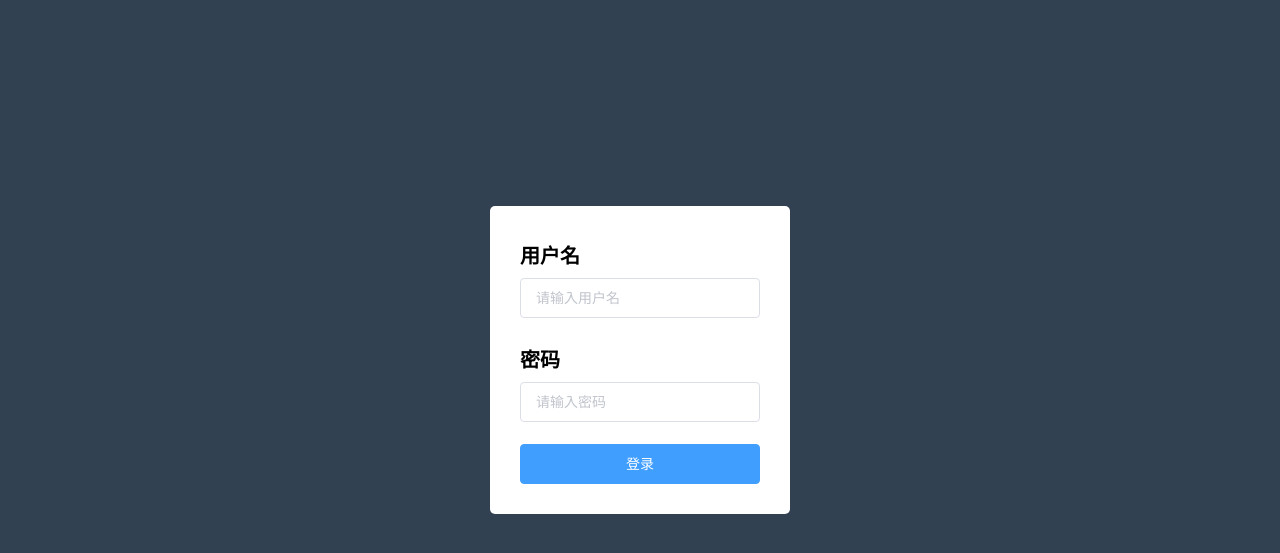
Repository: coWhy/blog-admin
Page: /#/login
The author's editor kept a copy of each file at every save. The page is drawn from the files as they stood at one save, then again after the next save.
The browser window is 1280 px wide. The pictures show the whole page.
The page's requests for data from a server got no answer. The project was rebuilt for these pictures with package versions that can differ from the ones it lists, and the page was loaded fresh each time. No one was signed in, and anything a server would have sent is missing. Also part of the build but not shown: vue.config.js.

Above is the page before, as saved 2020-04-27 04:01:58.

### public/index.html
<!DOCTYPE html>
<html lang="en">
  <head>
    <meta charset="utf-8">
    <meta http-equiv="X-UA-Compatible" content="IE=edge">
    <meta name="viewport" content="width=device-width,initial-scale=1.0">
    <link rel="icon" href="<%= BASE_URL %>favicon.ico">
    <title><%= htmlWebpackPlugin.options.title %></title>
    <script type="text/javascript" src="./live2dw/lib/L2Dwidget.min.js"></script>
  </head>
  <body>
    <noscript>
      <strong>We're sorry but <%= htmlWebpackPlugin.options.title %> doesn't work properly without JavaScript enabled. Please enable it to continue.</strong>
    </noscript>
    <div id="app"></div>
    <!-- built files will be auto injected -->
  </body>
</html>

### src/main.js
import Vue from 'vue'
import App from './App.vue'
import router from './router'
import store from './store'
// 全局配置样式
import '@/assets/scss/reset.scss'
// 引入icon库
import '@/assets/font-awesome-4.7.0/css/font-awesome.css'
Vue.config.productionTip = false
// 第三方包
import ElementUI from 'element-ui'
import 'element-ui/lib/theme-chalk/index.css'
// 自定义注册全局插件
import http from '@/utils/http' // 自定义全局axios
Vue.use(ElementUI)
Vue.use(http)

new Vue({
  router,
  store,
  render: h => h(App)
}).$mount('#app')

### src/router/index.js
import Vue from 'vue'
import VueRouter from 'vue-router'
//当我们重复点击路由导航菜单的时候控制台会报错，错误的缘由是因为 vue-router 版本太新 解决办法
const originalPush = VueRouter.prototype.push
VueRouter.prototype.push = function push(location) {
  return originalPush.call(this, location).catch(err => err)
}
Vue.use(VueRouter)

const routes = [
  {
    path: '/login',
    name: 'login',
    component: () => import('@/views/login/index')
  },
  {
    path: '/',
    component: () => import('@/views/layout'),
    children: [
      {
        path: '/home',
        name: 'home',
        component: () => import('@/views/home')
      },
      {
        path: '/user',
        name: 'user',
        component: () => import('@/views/user')
      },
      {
        path: '/type',
        name: 'type',
        component: () => import('@/views/type')
      }
    ]
  }
]

const router = new VueRouter({
  routes
})

export default router

### src/store/index.js
import Vue from 'vue'
import Vuex from 'vuex'
import tag from './modules/tag'
import user from './modules/user'
Vue.use(Vuex)

export default new Vuex.Store({
  state: {},
  mutations: {},
  actions: {},
  modules: {
    tag,
    user
  }
})

### src/utils/http.js
// 自定义开发插件
import axios from 'axios'
import { getAccessToken } from '@/utils/auth'
import { MessageBox, Message } from 'element-ui'
const MyHttpServer = {}

MyHttpServer.install = Vue => {
  // 基准地址
  axios.defaults.baseURL = process.env.VUE_APP_BASE_API
  axios.defaults.timeout = 3000
  // 添加请求拦截器 token拦截
  axios.interceptors.request.use(
    config => {
      // 从cookie中拿出登录时候存放的访问token
      const accessToken = getAccessToken()
      if (accessToken) {
        config.headers['Authorization'] = accessToken
      }
      return config
    },
    error => {
      return Promise.reject(error)
    }
  )
  // 响应拦截
  axios.interceptors.response.use(
    response => {
      //  此处对不同状态码 进行不同的操作 比如404 跳转页面等
      const res = response.data
      // 假如访问不成功 就返回错误信息给前端 后端访问成功码为 0
      if (res.code && res.code !== 0) {
        Message({
          message: res.msg || '访问错误',
          type: 'error',
          duration: 5 * 1000
        })
      }

      return res
    },
    error => {
      return Promise.reject(error)
    }
  )
  Vue.prototype.$http = axios
}
export default MyHttpServer

### src/assets/scss/_variable.scss
// 全局配置样式 修改主题颜色
$theme-color: #33aef0;

// header部分
$header-bg-color:#626e85  // 头部背景色

### src/views/login/index.vue
<template>
  <div class="login-wrap">
    <el-form
      :model="form"
      class="login-form"
      label-position="top"
      label-width="80px"
    >
      <el-form-item>
        <span class="label">用户名</span>
        <el-input v-model="form.username" placeholder="请输入用户名"></el-input>
      </el-form-item>
      <el-form-item>
        <span class="label">密码</span>
        <el-input
          v-model="form.password"
          placeholder="请输入密码"
          type="password"
          show-password
        ></el-input>
      </el-form-item>
      <el-button type="primary" class="login-btn" @click="login">
        登录
      </el-button>
    </el-form>
  </div>
</template>

<script>
export default {
  data() {
    return {
      form: {
        username: '',
        password: ''
      }
    }
  },
  methods: {
    async login() {
      let res = await this.$http.post('/user/login', this.form)
      console.log(res)
    }
  },
  created() {}
}
</script>

<style lang="scss" scoped>
.login-wrap {
  height: 100%;
  background-color: #324152;
  display: flex;
  /* 弹性布局 */
  justify-content: center;
  align-items: center;
}
.login-wrap .login-form {
  background-color: #fff;
  width: 300px;
  padding: 30px;
  /* 圆角 */
  border-radius: 5px;
}
.login-wrap .login-form .login-btn {
  width: 100%;
}
.label {
  font-size: 20px;
  font-weight: bolder;
}
</style>

### src/store/modules/tag.js
export default {
  state: {
    isCollapse: false, // 是否折叠菜单 默认展开
    menuList: [], // 菜单列表
    curMenu: null, // 点击选中的菜单
    tagList: [
      // 首页是不可关闭的
      {
        path: '/',
        name: 'home',
        title: '首页',
        icon: 'el-icon-s-home'
      }
    ] // 存放tags 点击后 就存到里面去
  },
  mutations: {
    /**
     * 将选中的menu赋值 给curMenu
     * @param {*} state
     * @param {*} selectedMenu 点击选中的菜单
     */
    getSelectedMenu(state, selectedMenu) {
      if (selectedMenu.name !== 'home') {
        state.curMenu = selectedMenu
        let result = state.tagList.findIndex(
          item => item.name === selectedMenu.name
        )
        if (result === -1) {
          // 没找到这个tag 就放进tagList
          state.tagList.push(selectedMenu)
        }
      } else {
        state.curMenu = null
      }
    },
    /**
     * 关闭已经打开的菜单
     * @param {*} state
     * @param {*} selectedTag 打开的菜单
     */
    closeSelectedTag(state, selectedTag) {
      let result = state.tagList.findIndex(
        item => item.name === selectedTag.name
      )
      state.tagList.splice(result, 1)
    },
    // 关闭 或 展开左侧菜单栏
    collapseAsideMenu(state) {
      state.isCollapse = !state.isCollapse
    }
  },
  actions: {}
}

### src/store/modules/user.js
import cookie from 'js-cookie'
export default {
  state: {
    accessToken: '', // 访问token
    refreshToken: '', // 刷新token
    username: '', // 用户名
    avatar: '' // 头像
  },
  mutations: {
    // 保存accessToken使用
    setAccessToken(state, accessToken) {
      state.accessToken = accessToken
      cookie.set('accessToken', accessToken)
    },
    getAccessToken(state) {
      state.accessToken = cookie.get('accessToken')
    },
    // 保存 refreshToken
    setRefreshToken(state, refreshToken) {
      state.refreshToken = refreshToken
      cookie.set('refreshToken', refreshToken)
    },
    getRefreshToken(state) {
      state.refreshToken = cookie.get('refreshToken')
    },
    // 保存用户名
    setUsername(state, username) {
      state.username = username
      cookie.set('username', username)
    },
    getUsername(state) {
      state.username = cookie.get('username')
    },
    //保存头像
    setAvatar(state, avatar) {
      state.avatar = avatar
      cookie.set('avatar', avatar)
    },
    getAvatar(state) {
      state.avatar = cookie.get('avatar')
    },
    // 清除tokens 退出时候使用
    clearTokens(state) {
      state.accessToken = ''
      state.refreshToken = ''
      state.username = ''
      state.refreshToken = ''
      cookie.remove('accessToken')
      cookie.remove('refreshToken')
      cookie.remove('username')
      cookie.remove('avatar')
    }
  }
}

### src/utils/auth.js
import cookie from 'js-cookie'
// 获取访问token
export function getAccessToken() {
  return cookie.get('accessToken')
}

Loaded but not shown: src/App.vue (common file); src/assets/scss/reset.scss (common file); src/assets/font-awesome-4.7.0/css/font-awesome.css (library); public/live2dw/lib/L2Dwidget.min.js (library)

After the next save:
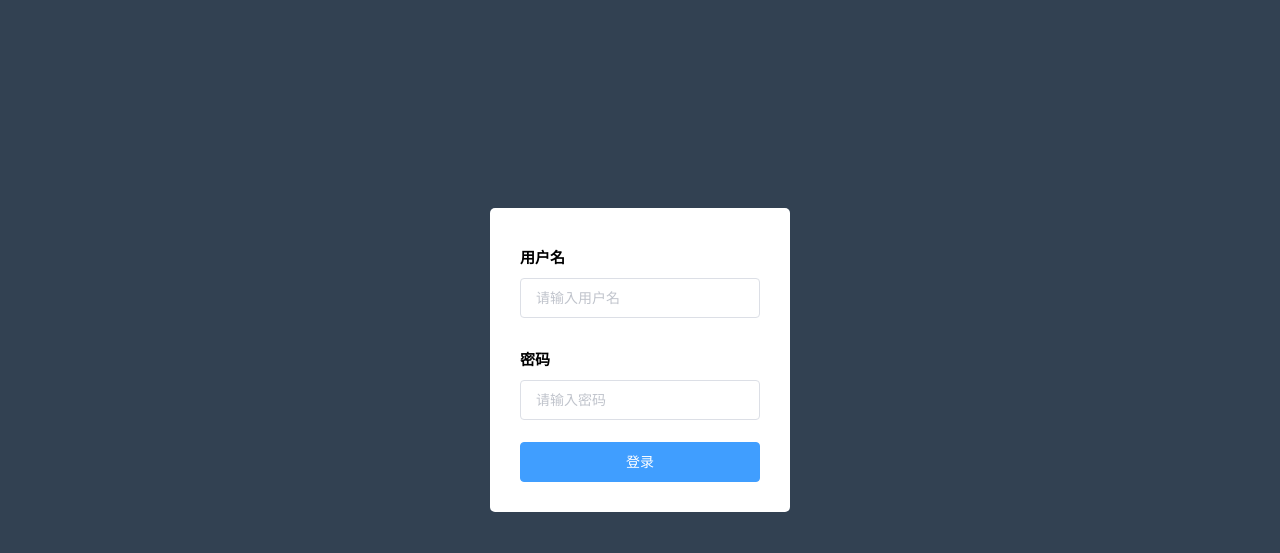
Saved 12 s later.
--- a/src/views/login/index.vue
+++ b/src/views/login/index.vue
@@ -66,7 +66,7 @@ export default {
   width: 100%;
 }
 .label {
-  font-size: 20px;
-  font-weight: bolder;
+  font-size: 15px;
+  font-weight: bold;
 }
 </style>
